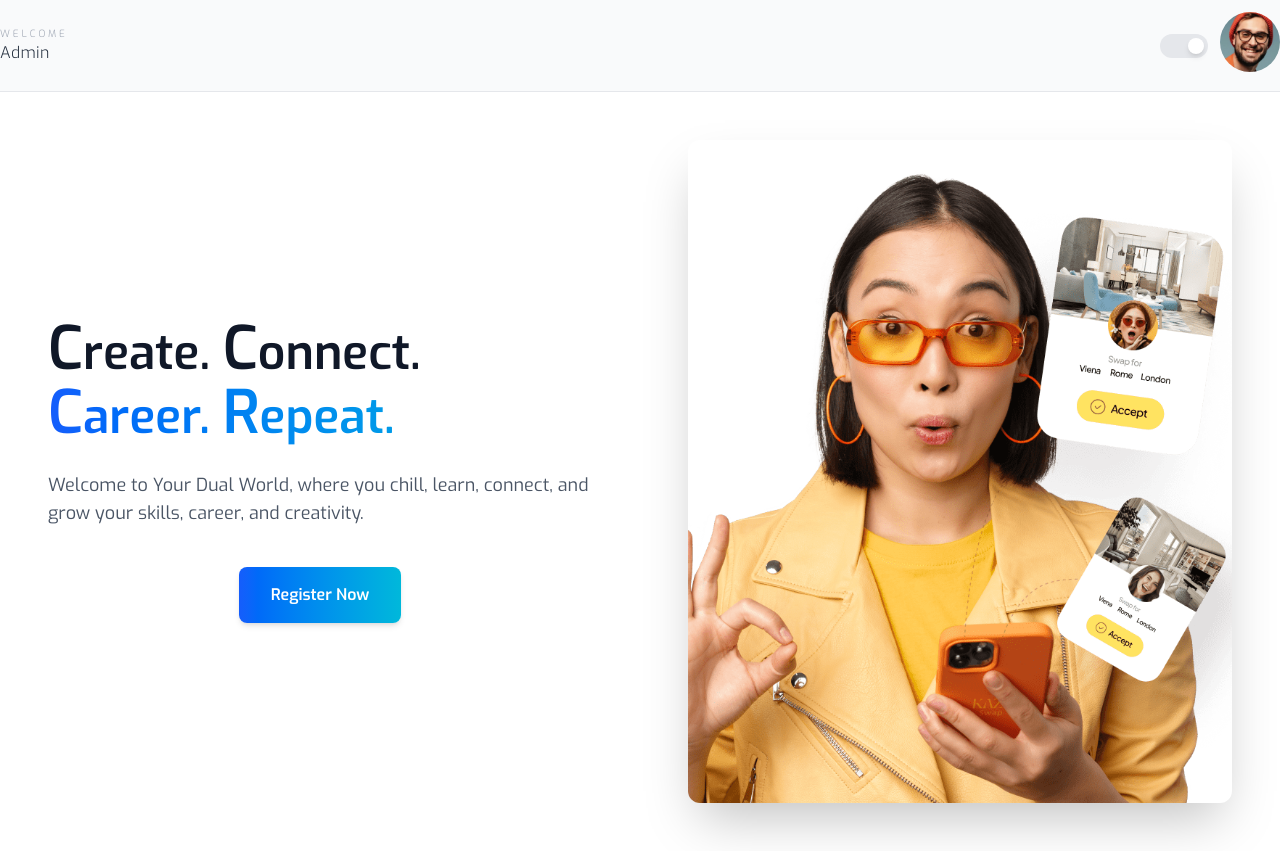
Repository: deepak445566/job
Page: / (app in frontend/)
The author's editor kept a copy of each file at every save. The page is drawn from the files as they stood at one save, then again after a run of saves.
The browser window is 1280 px wide. The pictures show the whole page.
The page's requests for data from a server got no answer. Some web fonts or font styles are not loaded; a fallback is used. The project was rebuilt for these pictures with package versions that can differ from the ones it lists, and the page was loaded fresh each time. Some packages were replaced by stand-ins written for this rebuild. No one was signed in, and anything a server would have sent is missing. Also part of the build but not shown: frontend/vite.config.js, frontend/src/Components/auth/Login.jsx, frontend/src/Components/study/StudyDashboard.jsx, frontend/src/Components/chill/CreateReelModal.jsx, frontend/src/Components/chill/ChillDashboard.jsx, frontend/src/Components/common/Footer.jsx.

Above is the page before, as saved 2026-02-27 14:50:53.

### frontend/index.html
<!doctype html>
<html lang="en">
  <head>
    <meta charset="UTF-8" />
    <link rel="icon" type="image/svg+xml" href="/vite.svg" />
    <meta name="viewport" content="width=device-width, initial-scale=1.0" />
    <title>frontend</title>
    <link rel="preconnect" href="https://fonts.googleapis.com">
<link rel="preconnect" href="https://fonts.gstatic.com" crossorigin>
<link href="https://fonts.googleapis.com/css2?family=Exo:ital,wght@0,100..900;1,100..900&family=Playfair+Display:ital,wght@0,400..900;1,400..900&display=swap" rel="stylesheet">
  </head>
  <body>
    <div id="root"></div>
    <script type="module" src="/src/main.jsx"></script>
  </body>
</html>

### frontend/src/main.jsx
import { StrictMode } from 'react'
import { createRoot } from 'react-dom/client'
import './index.css'
import App from './App.jsx'
import {BrowserRouter} from 'react-router-dom'
import { AppContextProvider } from './context/AppContextProvider.jsx'




createRoot(document.getElementById('root')).render(
  <BrowserRouter>
  <AppContextProvider>
  <StrictMode>
    <App />
  </StrictMode>
  </AppContextProvider>
  </BrowserRouter>
)

### frontend/src/index.css
@import "tailwindcss";
.exo{
  font-family: "Exo", sans-serif;

  font-style: normal;
}

### frontend/src/App.jsx
import React from "react";
import Login from "./Components/auth/Login";
import { Route, Routes } from "react-router-dom";
import Dashboard from "./Components/Dashboard";
import { useAppContext } from "./context/AppContextProvider";
import Layout from "./Components/common/Layout";

function App() {
  const { showLogin } = useAppContext();

  return (
    <>
      {showLogin && <Login />}

      <Routes>
        {/* Layout wrap karega sab routes ko */}
        <Route path="/" element={<Layout />}>
          <Route index element={<Dashboard />} />
        </Route>
      </Routes>
    </>
  );
}

export default App;

### frontend/src/context/AppContextProvider.jsx
import { useContext, useEffect, useState } from "react";
import { useNavigate } from "react-router-dom";
import axios from "axios";
import { AppContext } from "./AppContext";
import toast from 'react-hot-toast';

axios.defaults.withCredentials = true;
axios.defaults.baseURL = import.meta.env.VITE_BACKEND_URL;
console.log("Base URL:", import.meta.env.VITE_BACKEND_URL);

export const AppContextProvider = ({ children }) => {
  const navigate = useNavigate();
  const [user, setUser] = useState(null);
  const [mode, setMode] = useState('chill'); // Default 'chill' ya 'study'
  const [showLogin, setShowLogin] = useState(false);
  const [loading, setLoading] = useState(true);

  const fetchUser = async () => {
    try {
      const { data } = await axios.get("/api/auth/isauth");
      if (data.success) {
        setUser(data.user);
        // User login hai toh uski mode fetch karo
        fetchUserMode();
      }
    } catch (error) {
      setUser(null);
    } finally {
      setLoading(false);
    }
  };

  // User ka mode fetch karne ka function
  const fetchUserMode = async () => {
    try {
      const { data } = await axios.get("/api/mode/");
      if (data.success) {
        setMode(data.mode);
      }
    } catch (error) {
      console.log("Error fetching mode:", error);
    }
  };

  // Mode toggle karne ka function
  const toggleMode = async () => {
    if (!user) {
      toast.error("Please login first");
      setShowLogin(true);
      return;
    }

    try {
      const { data } = await axios.put("/api/mode/switch");
      if (data.success) {
        setMode(data.mode);
        toast.success(data.message);
      }
    } catch (error) {
      toast.error(error.response?.data?.message || "Error switching mode");
    }
  };

  useEffect(() => {
    fetchUser();
  }, []);

  return (
    <AppContext.Provider
      value={{
        navigate,
        user,
        setUser,
        axios,
        setShowLogin,
        showLogin,
        mode,
        setMode,
        toggleMode,
        loading
      }}
    >
      {children}
    </AppContext.Provider>
  );
};

export const useAppContext = () => useContext(AppContext);

### frontend/src/Components/Dashboard.jsx
// components/Dashboard.jsx
import React from 'react';
import { useAppContext } from '../context/AppContextProvider';
import StudyDashboard from './study/StudyDashboard';
import ChillDashboard from './chill/ChillDashboard';

function Dashboard() {
  const { mode, user, setShowLogin, loading } = useAppContext();

  // Loading state
  if (loading) {
    return (
      <div className="min-h-screen flex items-center justify-center">
        <div className="text-center">
          <div className="w-16 h-16 border-4 border-blue-500 border-t-transparent rounded-full animate-spin mx-auto mb-4"></div>
          <p className="text-gray-600">Loading dashboard...</p>
        </div>
      </div>
    );
  }

  // Agar user login nahi hai
  if (!user) {
    return (
     <div className="min-h-screen  flex items-center justify-center  exo">

      <div className=" w-full   rounded-2xl overflow-hidden flex flex-col md:flex-row">

        {/* Left side: Text and button */}
        <div className="w-full md:w-1/2 p-5 sm:p-10 lg:p-12 flex flex-col justify-center space-y-6">
          {/* Heading */}
          <h1 className="text-4xl sm:text-5xl font-semibold text-gray-900 leading-tight">
           <span className='text-6xl'>C</span>reate.  <span className='text-6xl'>C</span>onnect.
            <span className="text-transparent bg-clip-text bg-gradient-to-r from-blue-600 to-cyan-500 block ">
             <span className='text-6xl'>C</span>areer.  <span className='text-6xl exo'>R</span>epeat.
            </span>
          </h1>

          {/* Paragraph */}
          <p className="text-lg text-gray-600 ">
           Welcome to Your Dual World, where you chill, learn, connect, and grow your skills, career, and creativity.
          </p>

          {/* Register Now Button */}
          <div className="pt-4 flex justify-center">
            <button onClick={()=>setShowLogin(true)} className="px-8 py-4 bg-gradient-to-r from-blue-600 to-cyan-500 text-white font-semibold rounded-lg shadow-md hover:shadow-lg transform hover:scale-105 transition-all duration-300 ease-in-out focus:outline-none focus:ring-2 focus:ring-blue-400 focus:ring-offset-2">
              Register Now
            </button>
          </div>


        </div>

        {/* Right side: Image */}
        <div className="w-full md:w-1/2  flex items-center justify-center p-3 sm:p-10 lg:p-12">

          <img
            src="/images/m.png"
            alt="Hero visual representing our platform"
            className="w-full h-auto rounded-xl shadow-2xl object-cover transform hover:scale-105 transition-transform duration-500"
          />
        </div>
      </div>
    </div>
    );
  }

  // Mode ke hisaab se dashboard render karo
  return (
    <div className="transition-all duration-500">
      {mode === 'study' ? <StudyDashboard /> : <ChillDashboard />}
    </div>
  );
}

export default Dashboard;

### frontend/src/Components/common/Layout.jsx
import Navbar from "./Navbar";
import FloatingDockMinimal from "./Footer";
import { Outlet } from "react-router-dom";
import { useAppContext } from "../../context/AppContextProvider";

function Layout() {
  const { user } = useAppContext(); // ya isAuthenticated

  return (
    <div className="min-h-screen flex flex-col">
      <Navbar />

      {/* Page Content */}
      <div className={`flex-1 ${user ? "pb-20" : ""}`}>
        <Outlet />
      </div>

      {/* 👇 Sirf login user ko dikhega */}
      {user && <FloatingDockMinimal />}
    </div>
  );
}

export default Layout;

### frontend/src/Components/common/Navbar.jsx
import React, { useState } from "react";
import { useAppContext } from "../../context/AppContextProvider";
import toast from "react-hot-toast";

function Navbar() {
  const { user, setUser, axios, setShowLogin, navigate, mode, toggleMode } =
    useAppContext();
  const [loggingOut, setLoggingOut] = useState(false);
  const [togglingMode, setTogglingMode] = useState(false);
  const [showProfileMenu, setShowProfileMenu] = useState(false);

  const handleLogout = async () => {
    try {
      setLoggingOut(true);
      const { data } = await axios.post("/api/auth/logout");
      if (data.success) {
        setUser(null);
        setShowLogin(true);
        toast.success("Logged out successfully");
        navigate("/");
      } else {
        toast.error(data.message || "Logout failed");
      }
    } catch (error) {
      toast.error(error.response?.data?.message || "Error logging out");
    } finally {
      setLoggingOut(false);
      setShowProfileMenu(false);
    }
  };

  const handleToggleMode = async () => {
    try {
      setTogglingMode(true);
      await toggleMode();
    } catch (error) {
      console.error("Error toggling mode:", error);
    } finally {
      setTogglingMode(false);
    }
  };

  const handleProfileClick = () => {
    if (user) {
      setShowProfileMenu(!showProfileMenu);
    } else {
      setShowLogin(true);
    }
  };

  const getInitial = () => {
    if (user?.username) return user.username[0].toUpperCase();
    if (user?.email) return user.email[0].toUpperCase();
    return 'K';
  };

  return (
   <nav className="bg-gray-50 border-b border-gray-200 px- py-3 sticky top-0 z-50 exo">
  <div className="flex justify-between items-center max-w-7xl mx-auto">
    {/* Left Side */}
    <div className="flex items-center gap-4">
      <div className="flex flex-col">
        <span className="text-[10px] uppercase tracking-[0.3em] text-gray-400 font-light">
          Welcome
        </span>
        <div className="flex items-center gap-2">
          <span className="text-base font-light text-gray-800 tracking-wide">
            {user?.username || user?.email?.split('@')[0] || 'Admin'}
          </span>
          {user && (
            <span className="w-1 h-1 bg-gray-300 rounded-full"></span>
          )}
        </div>
      </div>
    </div>

    {/* Right Side */}
    <div className="flex items-center gap-3">
      {/* Mode Toggle */}
      <button
        onClick={handleToggleMode}
        disabled={togglingMode || !user}
        className={`relative w-12 h-6 rounded-full transition-all duration-700 ${
          user
            ? mode === 'study'
              ? 'bg-gray-700'
              : 'bg-gray-300'
            : 'bg-gray-200 cursor-not-allowed'
        }`}
        title={!user ? "Login to switch mode" : `Switch to ${mode === 'study' ? 'Chill' : 'Study'}`}
      >
        <span
          className={`absolute top-1 left-1 w-4 h-4 bg-white rounded-full shadow-md transform transition-all duration-500 ease-in-out ${
            mode === 'chill' ? 'translate-x-6' : ''
          }`}
        />
      </button>

      {/* Profile */}
      <div className="relative">
        <button
          onClick={handleProfileClick}
          className="group relative focus:outline-none"
        >
          <div>
            <img src="/images/log.jpg" className="h-15 w-15 rounded-full"/>
          </div>


        </button>

        {/* Profile Menu */}
        {showProfileMenu && user && (
          <>
            <div
              className="fixed inset-0 z-40"
              onClick={() => setShowProfileMenu(false)}
            />

            <div className="absolute right-0 mt-3 w-56 bg-white rounded-2xl shadow-lg border border-gray-100 z-50 overflow-hidden">
              <div className="px-5 py-4 border-b border-gray-100">
                <p className="text-xs text-gray-400 uppercase tracking-[0.2em] mb-2 font-light">
                  Account
                </p>
                <p className="text-sm font-medium text-gray-800 mb-0.5">
                  {user.username || 'User'}
                </p>
                <p className="text-xs text-gray-400 truncate font-light">
                  {user.email || 'user@example.com'}
                </p>
              </div>

              <div className="p-2">
                <button
                  onClick={() => {
                    setShowProfileMenu(false);
                    navigate('/profile');
                  }}
                  className="w-full px-4 py-2.5 text-left hover:bg-gray-50 rounded-xl transition-all duration-200 flex items-center gap-3 text-gray-600 group"
                >
                  <span className="text-sm opacity-50 group-hover:opacity-100 transition-opacity">👤</span>
                  <span className="text-xs font-light tracking-wide">Profile</span>
                </button>

                <div className="h-px bg-gray-100 my-2"></div>

                <button
                  onClick={handleLogout}
                  disabled={loggingOut}
                  className="w-full px-4 py-2.5 text-left hover:bg-gray-50 rounded-xl transition-all duration-200 flex items-center gap-3 text-gray-600 group"
                >
                  <span className="text-sm opacity-50 group-hover:opacity-100 transition-opacity">🚪</span>
                  <span className="text-xs font-light tracking-wide flex-1">
                    {loggingOut ? "Exiting..." : "Sign out"}
                  </span>
                  {loggingOut && (
                    <span className="w-3 h-3 border border-gray-300 border-t-transparent rounded-full animate-spin" />
                  )}
                </button>
              </div>
            </div>
          </>
        )}
      </div>
    </div>
  </div>
</nav>
  );
}

export default Navbar;

Loaded but not shown: frontend/src/context/AppContext.jsx (common file)

After the next 3 saves:
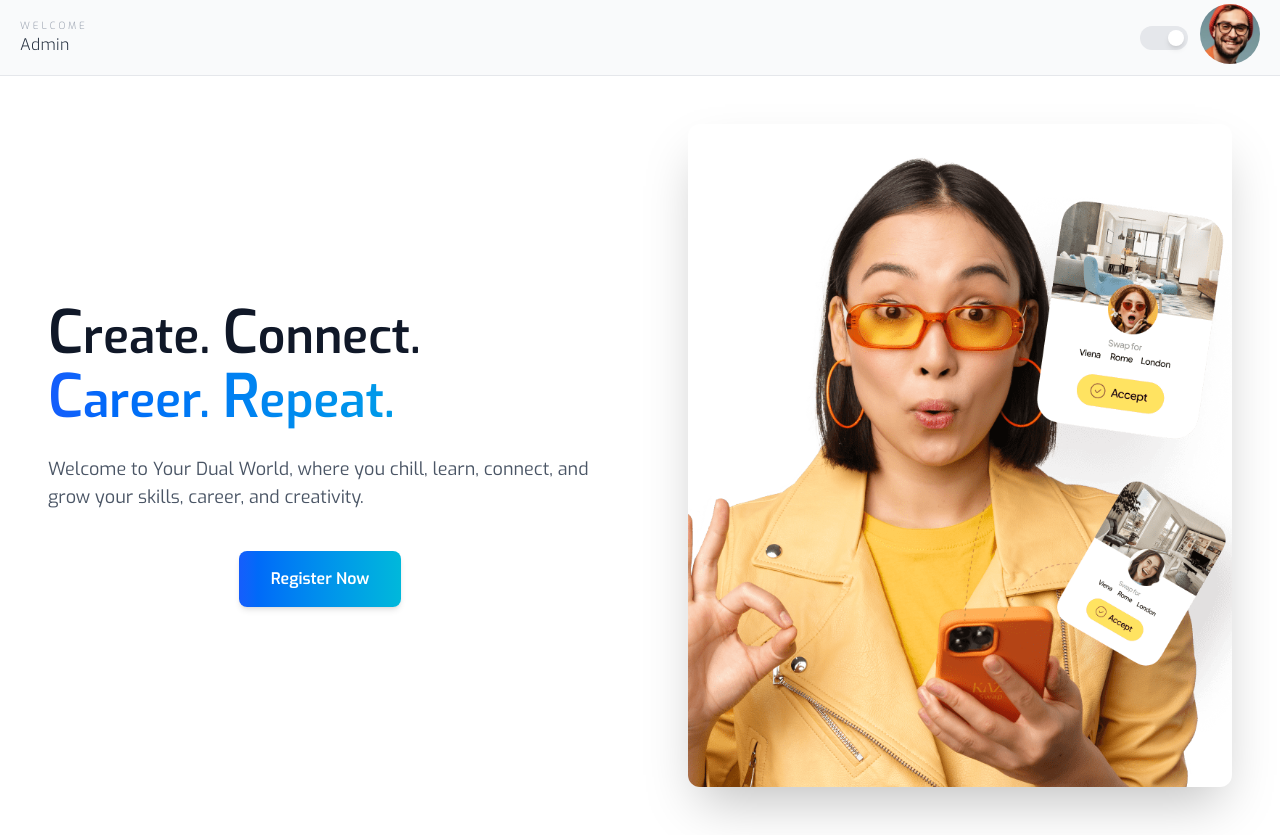
The 3 saves are shown as one change because they came seconds apart.
The last was saved 10 s later.
--- a/frontend/src/Components/common/Navbar.jsx
+++ b/frontend/src/Components/common/Navbar.jsx
@@ -55,7 +55,7 @@ function Navbar() {
   };
 
   return (
-   <nav className="bg-gray-50 border-b border-gray-200 px- py-3 sticky top-0 z-50 exo">
+   <nav className="bg-gray-50 border-b border-gray-200 px-5 py-1 sticky top-0 z-50 exo">
   <div className="flex justify-between items-center max-w-7xl mx-auto">
     {/* Left Side */}
     <div className="flex items-center gap-4">
